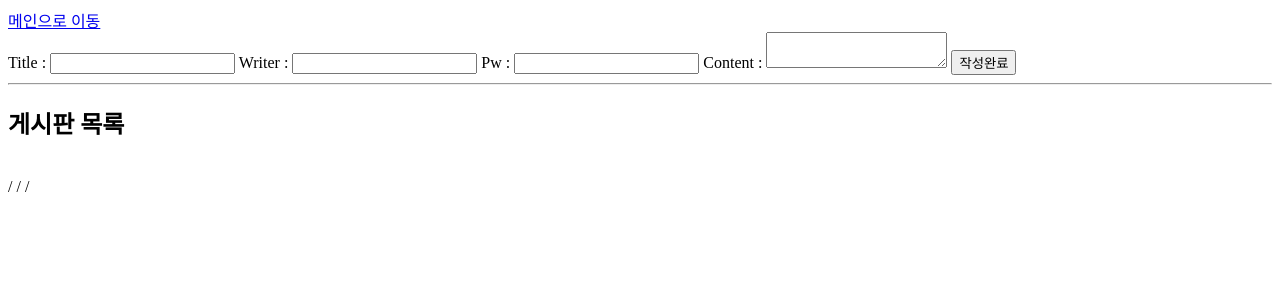
Repository: mmlyujin/Spring
Page: http://localhost/MVCHibernate/WEB-INF/views/board.jsp
The author's editor kept a copy of each file at every save. The page is drawn from the files as they stood at one save, then again after the next save.
The browser window is 1280 px wide. The pictures show the whole page.
The page is served by Tomcat 9. Nobody is signed in. The template is opened directly, without the code that normally fills it, so the values that code supplies are empty.

Above is the page before, as saved 2022-10-31 03:01:46.

After the next save:
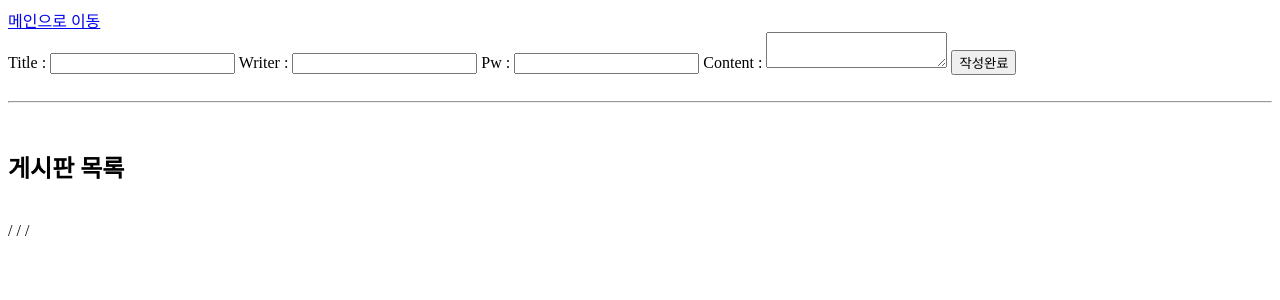
Saved 54 s later.
--- a/MVCHibernate/src/main/webapp/WEB-INF/views/board.jsp
+++ b/MVCHibernate/src/main/webapp/WEB-INF/views/board.jsp
@@ -15,7 +15,8 @@
 		Content : <textarea name="content"></textarea>
 		<input type="submit" value="작성완료">
 	</form>
-	<hr>
+
+		<br><hr><br>
 
 	<h2>게시판 목록</h2><br>
 	<c:forEach var="i" items="${list}">
